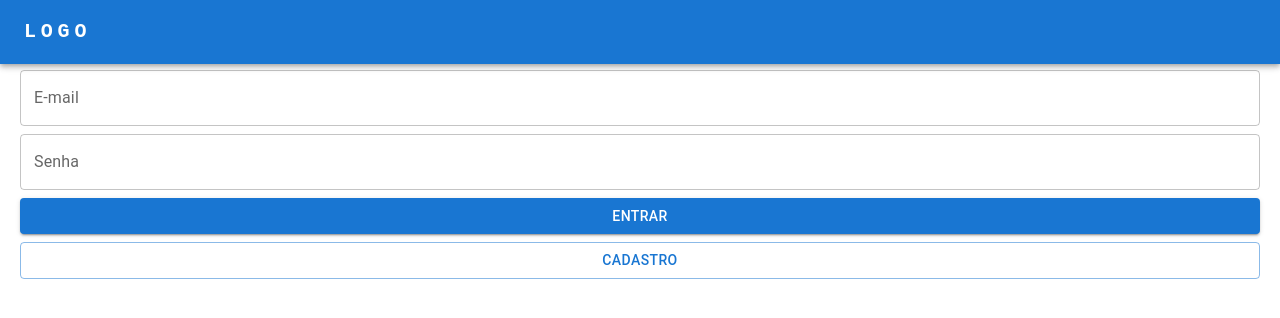
Repository: GabrielLeao02/sistema-react
Page: /
The author's editor kept a copy of each file at every save. The page is drawn from the files as they stood at one save, then again after the next save.
The browser window is 1280 px wide. The pictures show the whole page.
The project was rebuilt for these pictures with package versions that can differ from the ones it lists, and the page was loaded fresh each time. Also part of the build but not shown: src/presenter/home/home.tsx, src/presenter/form/formUser.tsx.

Above is the page before, as saved 2023-07-25 13:52:24.

### index.html
<!DOCTYPE html>
<html lang="en">
  <head>
    <meta charset="UTF-8" />
    <link rel="icon" type="image/svg+xml" href="/vite.svg" />
    <meta name="viewport" content="width=device-width, initial-scale=1.0" />
    <title>Vite + React + TS</title>
    <style>
      html, body{
        margin: 0;
        padding: 0;
        box-sizing: border-box;
      }
    </style>
  </head>
  <body>
    <div id="root"></div>
    <script type="module" src="/src/main.tsx"></script>
  </body>
</html>

### src/App.tsx

import { Routes, Route, BrowserRouter } from 'react-router-dom';
import Home from './presenter/home/home';
import Register from './presenter/register/register';
import NavBar from './presenter/navBar/navBar';
import ContainerGlobal from './presenter/containerGlobal/containerGlobal';
import ContainerStyled from './presenter/containerGlobal/containerStyled';

function App() {
	return (
		<>
			<NavBar />
			<ContainerGlobal>

					<BrowserRouter>
						<Routes>
							<Route path='/' element={<Register />} />
							<Route path='/home' element={<ContainerStyled><Home /></ContainerStyled>} />
							<Route path='/register' element={<Register />} />
						</Routes>
					</BrowserRouter>

			</ContainerGlobal>
		</>
	);
}

export default App;

### src/presenter/register/register.tsx
import { useState } from 'react';
import FormUser from "../form/formUser";
import FormLogin from "../form/formLogin";

function Register() {
    const [mostrarBotao, setMostrarBotao] = useState(false);

    return (
        <>
            {mostrarBotao ? <FormUser setMostrarBotao={setMostrarBotao} /> : <FormLogin setMostrarBotao={setMostrarBotao} />}
        </>
    );
}

export default Register;

### src/presenter/navBar/navBar.tsx
import * as React from 'react';
import AppBar from '@mui/material/AppBar';
import Box from '@mui/material/Box';
import Toolbar from '@mui/material/Toolbar';
import IconButton from '@mui/material/IconButton';
import Typography from '@mui/material/Typography';
import Menu from '@mui/material/Menu';
import MenuIcon from '@mui/icons-material/Menu';
import Container from '@mui/material/Container';
import Avatar from '@mui/material/Avatar';
import Button from '@mui/material/Button';
import Tooltip from '@mui/material/Tooltip';
import MenuItem from '@mui/material/MenuItem';
import { styled } from "styled-components";

const NavBarStyled = styled.div`
  box-sizing: border-box;
  position: absolute;
  top: 0;
  width: 100%;
  display: flex;
  border: non;
  justify-content: space-between;
  align-items: center;
`;

const pages = ['register', 'Pricing', 'Blog'];
const settings = ['Profile', 'Account', 'Dashboard', 'Logout'];

const NavBar: React.VFC = () => {
    const [anchorElNav, setAnchorElNav] = React.useState<null | HTMLElement>(null);
    const [anchorElUser, setAnchorElUser] = React.useState<null | HTMLElement>(null);

    const handleOpenNavMenu = (event: React.MouseEvent<HTMLElement>) => {
        setAnchorElNav(event.currentTarget);
    };
    const handleOpenUserMenu = (event: React.MouseEvent<HTMLElement>) => {
        setAnchorElUser(event.currentTarget);
    };

    const handleCloseNavMenu = (event: string) => {
        window.location.href = "/" + event;
    };

    const handleCloseUserMenu = () => {
        setAnchorElUser(null);
    };

    return (
        <NavBarStyled>
            <AppBar position="static">
                <Container maxWidth="xl">
                    <Toolbar disableGutters>
                        <Typography
                            variant="h6"
                            noWrap
                            component="a"
                            href="/home"
                            sx={{
                                fontFamily: 'monospace',
                                fontWeight: 700,
                                letterSpacing: '.3rem',
                                color: 'inherit',
                                textDecoration: 'none',
                            }}
                        >
                            LOGO
                        </Typography>

                        {/* <Box sx={{ flexGrow: 1, display: { xs: 'flex', md: 'none' } }}>
                            <IconButton
                                size="large"
                                aria-label="account of current user"
                                aria-controls="menu-appbar"
                                aria-haspopup="true"
                                onClick={handleOpenNavMenu}
                                color="inherit"
                            >
                                <MenuIcon />
                            </IconButton>
                            <Menu
                                id="menu-appbar"
                                anchorEl={anchorElNav}
                                anchorOrigin={{
                                    vertical: 'bottom',
                                    horizontal: 'left',
                                }}
                                keepMounted
                                transformOrigin={{
                                    vertical: 'top',
                                    horizontal: 'left',
                                }}
                                open={Boolean(anchorElNav)}
                                onClose={handleCloseNavMenu}
                                sx={{
                                    display: { xs: 'block', md: 'none' },
                                }}
                            >
                                {pages.map((page) => (
                                    <MenuItem key={page} onClick={() => handleCloseNavMenu(page)}>
                                        <Typography textAlign="center">{page}</Typography>
                                    </MenuItem>
                                ))}
                            </Menu>
                        </Box>

                        <Box sx={{ flexGrow: 1, display: { xs: 'none', md: 'flex' } }}>
                            {pages.map((page) => (
                                <Button
                                    key={page}
                                    onClick={() => handleCloseNavMenu(page)}
                                    sx={{ my: 2, color: 'white', display: 'block' }}
                                >
                                    {page}
                                </Button>
                            ))}
                        </Box> */}

                        {/* <Box sx={{ flexGrow: 0 }}>
                            <Tooltip title="Open settings">
                                <IconButton onClick={handleOpenUserMenu} sx={{ p: 0 }}>
                                    <Avatar alt="Remy Sharp" src="/static/images/avatar/2.jpg" />
                                </IconButton>
                            </Tooltip>
                            <Menu
                                sx={{ mt: '45px' }}
                                id="menu-appbar"
                                anchorEl={anchorElUser}
                                anchorOrigin={{
                                    vertical: 'top',
                                    horizontal: 'right',
                                }}
                                keepMounted
                                transformOrigin={{
                                    vertical: 'top',
                                    horizontal: 'right',
                                }}
                                open={Boolean(anchorElUser)}
                                onClose={handleCloseUserMenu}
                            >
                                {settings.map((setting) => (
                                    <MenuItem key={setting} onClick={handleCloseUserMenu}>
                                        <Typography textAlign="center">{setting}</Typography>
                                    </MenuItem>
                                ))}
                            </Menu>
                        </Box> */}
                    </Toolbar>
                </Container>
            </AppBar>
        </NavBarStyled>
    );
};

export default NavBar;

### src/presenter/containerGlobal/containerGlobal.tsx
import styled from "styled-components";

const ContainerGlobal = styled.div`
    padding: 20px;
    box-sizing: border-box;
    width: 100%;
    display: flex;
    justify-content: center;

`
export default ContainerGlobal

### src/presenter/containerGlobal/containerStyled.tsx
import styled from "styled-components";

const ContainerStyled = styled.div`
  box-sizing: border-box;
  display: flex;
  justify-content: center;
  flex-direction: column;
  align-items: start;
  margin-top: 80px;
  width: 80%;
  max-width: 800px;
  background: rgba( 255, 255, 255, 0.35 );
  box-shadow: 0 8px 32px 0 rgba( 31, 38, 135, 0.37 );
  backdrop-filter: blur( 13.5px );
  -webkit-backdrop-filter: blur( 13.5px );
  border-radius: 10px;
  border: 1px solid rgba( 255, 255, 255, 0.18 );
  padding: 20px;
`;
export default ContainerStyled

### src/presenter/form/formLogin.tsx
import React, { useState } from "react";


import styled from "styled-components";
import { SelectChangeEvent, Button, TextField, Typography } from '@mui/material';
import sha256 from 'sha256';


const FormStyled = styled.div`
  box-sizing: border-box;
  display: flex;
  flex-direction: column;
  width: 100%;
  gap: 8px;
`;

type FormLoginProps = {
    setMostrarBotao: (value: boolean) => void;
};

function FormLogin({ setMostrarBotao }: FormLoginProps) {
    const [usuario_email_error, setUsuarioEmailError] = useState(false);
    const [emailErrorText, setEmailErrorText] = useState("");
    const [loading, setLoading] = useState(false);
    const [errorLogin, setErrorLogin] = useState(false);
    const [formData, setFormData] = useState({
        usuario_email: "",
        usuario_senha: ""
    });

    const handleChange = (e: SelectChangeEvent<string[]> | React.ChangeEvent<{ name: string; value: unknown }>) => {
        const { name, value } = e.target as HTMLInputElement;
        setFormData((prevData) => ({ ...prevData, [name]: value }));
    };

    const isEmailValid = (email: string) => {
        // Expressão regular para validar o email
        const emailRegex = /^[^\s@]+@[^\s@]+\.[^\s@]+$/;
        return emailRegex.test(email);
    };

    const login = () => {
        // Lógica do login

        // Após o login ser realizado com sucesso, chame a função setMostrarBotao
        setMostrarBotao(true);
    };

    const handleSubmit = async () => {
        setLoading(true)
        try {
            const { usuario_email, usuario_senha } = formData;

            if (!isEmailValid(usuario_email)) {
                setUsuarioEmailError(true)
                setEmailErrorText("Insira um email valido!")
                setLoading(false)
                return;
            } else {
                setUsuarioEmailError(false)
                setEmailErrorText("")
            }


            //   formData.usuario_senha = hashedPassword;
            const hashedPassword = sha256(usuario_senha);
            formData.usuario_senha = hashedPassword;

            const response = await fetch("http://localhost:5000/login", {
                method: "POST",
                headers: {
                    "Content-Type": "application/json",
                },
                body: JSON.stringify(formData),
            });

            if (!response.ok) {
                setLoading(false)
                throw new Error("Erro ao logar");
            } else {
                window.location.href = "/home";
            }

            setFormData({
                usuario_email: "",
                usuario_senha: ""
            });
        } catch (error) {
            console.error(error);
        }
    };

    return (
        <>
            <FormStyled>
                <div style={{ display: "flex", justifyContent: "start", alignItems: "center" }}>
                    <Typography variant="h4" >Login</Typography>
                    {errorLogin ? <h1>teste</h1> : <></>}
                </div>

                <TextField
                    id="usuario_email"
                    name="usuario_email"
                    error={usuario_email_error}
                    label="E-mail"
                    type="email"
                    variant="outlined"
                    value={formData.usuario_email}
                    onChange={handleChange}
                    helperText={emailErrorText}
                />
                <TextField
                    id="usuario_senha"
                    name="usuario_senha"
                    label="Senha"
                    type="password"
                    variant="outlined"
                    value={formData.usuario_senha}
                    onChange={handleChange}
                />

                <Button variant="contained" onClick={handleSubmit}>
                    {loading ? "Carregando..." : "Entrar"}
                </Button>
                <Button variant="outlined" onClick={login}>Cadastro</Button>
            </FormStyled>
        </>
    );
}

export default FormLogin;

Loaded but not shown: src/main.tsx (common file)

After the next save:
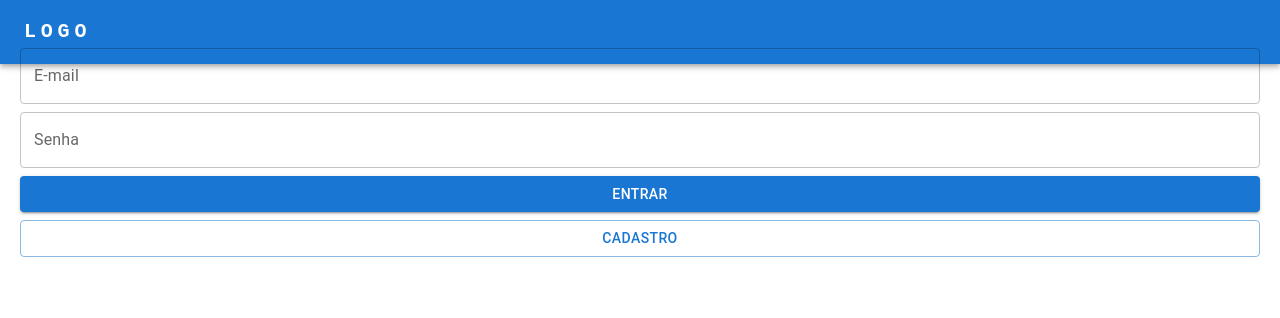
Saved 21 s later.
--- a/src/presenter/form/formLogin.tsx
+++ b/src/presenter/form/formLogin.tsx
@@ -94,7 +94,7 @@
         <>
             <FormStyled>
                 <div style={{ display: "flex", justifyContent: "start", alignItems: "center" }}>
-                    <Typography variant="h4" >Login</Typography>
+                    <Typography variant="caption" >Login</Typography>
                     {errorLogin ? <h1>teste</h1> : <></>}
                 </div>
 

After the save that followed:
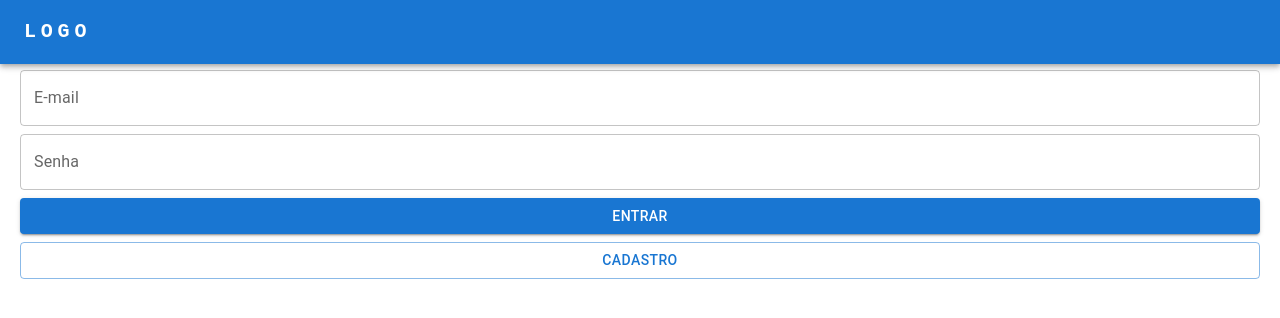
Saved 7 s later.
--- a/src/presenter/form/formLogin.tsx
+++ b/src/presenter/form/formLogin.tsx
@@ -94,7 +94,7 @@
         <>
             <FormStyled>
                 <div style={{ display: "flex", justifyContent: "start", alignItems: "center" }}>
-                    <Typography variant="caption" >Login</Typography>
+                    <Typography variant="h4" >Login</Typography>
                     {errorLogin ? <h1>teste</h1> : <></>}
                 </div>
 
